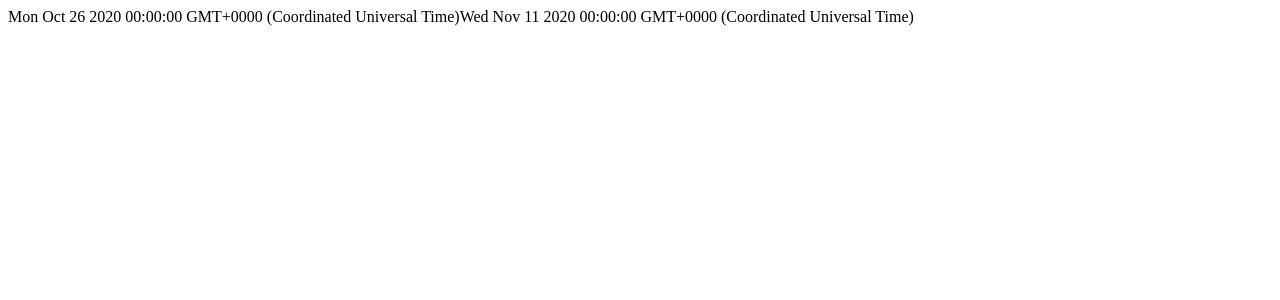
Repository: TeoNogueira/Aulas-Udemy-DevFull-Stack-Por-Jamilton-Damasceno-e-Jorge-Sant-Ana-
Page: public_project/JavaScript/function_native_datas.html
An editor plug-in stored every save of this project. The page is shown before and after the next save, followed by the edit.
The browser window is 1280 px wide. The pictures show the whole page.

Above is the page before, as saved 2020-10-26 19:56:18.

After the next save:
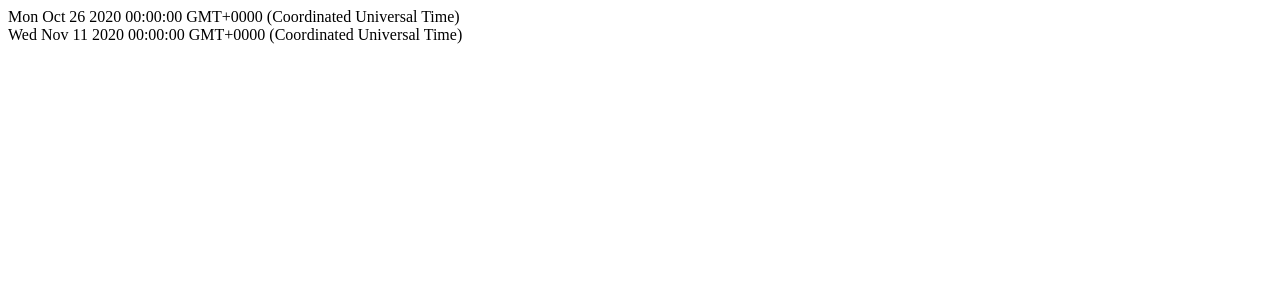
Saved 48 s later.
--- a/public_project/JavaScript/function_native_datas.html
+++ b/public_project/JavaScript/function_native_datas.html
@@ -76,7 +76,7 @@
 var data2 = new Date(2020, 10, 11)
 
 
-document.write(data1.toString())
+document.write(data1.toString()+ '<br />')
 document.write(data2.toString())
 
 
